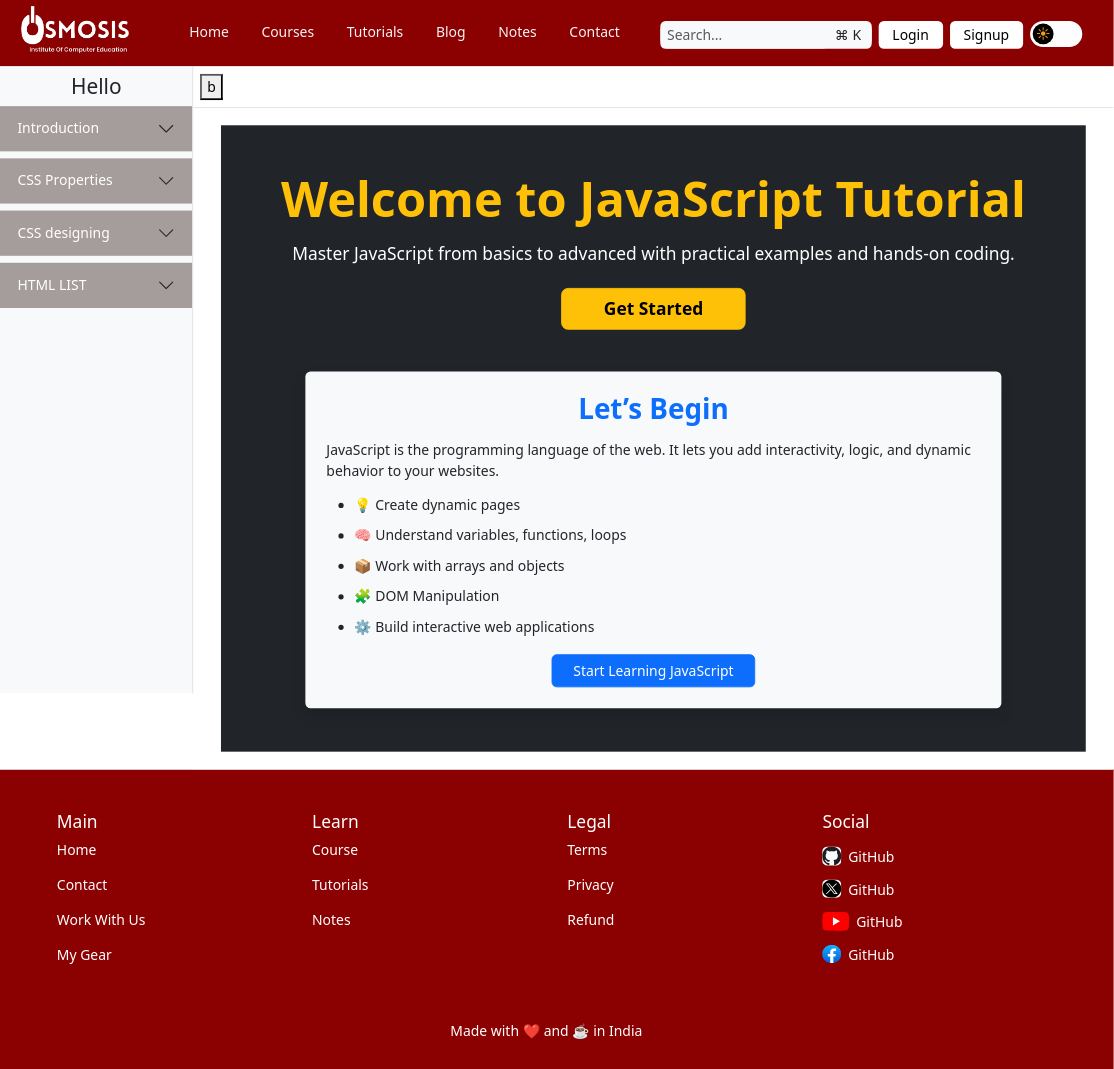
Repository: samriidhpandey/osmosis
Page: /js
These files come from the project's save history. The page is drawn as it stood at one moment and after a run of saves; the edit follows.
The browser window is 1280 px wide. The pictures show the whole page, at 87% of full size.
The project was rebuilt for these pictures with package versions that can differ from the ones it lists, and the page was loaded fresh each time. Also part of the build but not shown: vite.config.js, src/Section2.jsx, src/Section3.jsx, src/Section4.jsx, src/Section5.jsx, src/Hero.jsx, src/Component2/Courses.jsx, src/component3/Tutorial.jsx and 90 more. Imported but missing from the stored project, and not drawn on this page: src/Images/final-app-on-mobile.mp4, src/Images/final-app-on-pc.mp4, src/Images/open-terminals.mp4, src/Images/python-location.mp4.

Above is the page before, as saved 2025-07-12 19:20:46.

### index.html
<!doctype html>
<html lang="en">
  <head>
    <meta charset="UTF-8" />
    <link rel="icon" type="image/svg+xml" href="/vite.svg" />
    <meta name="viewport" content="width=device-width, initial-scale=1.0" />
    <title>Vite + React</title>
    <link href="https://cdn.jsdelivr.net/npm/bootstrap@5.0.2/dist/css/bootstrap.min.css" rel="stylesheet" integrity="sha384-EVSTQN3/azprG1Anm3QDgpJLIm9Nao0Yz1ztcQTwFspd3yD65VohhpuuCOmLASjC" crossorigin="anonymous">
    <link rel="stylesheet" href="https://cdnjs.cloudflare.com/ajax/libs/font-awesome/6.7.2/css/all.min.css" integrity="sha512-Evv84Mr4kqVGRNSgIGL/F/aIDqQb7xQ2vcrdIwxfjThSH8CSR7PBEakCr51Ck+w+/U6swU2Im1vVX0SVk9ABhg==" crossorigin="anonymous" referrerpolicy="no-referrer" />
    <link href="https://cdn.jsdelivr.net/npm/bootstrap@5.3.0/dist/css/bootstrap.min.css" rel="stylesheet" />
<link href="https://cdn.jsdelivr.net/npm/bootstrap-icons/font/bootstrap-icons.css" rel="stylesheet" />

  </head>
  <body>
    <div id="root"></div>
    <script type="module" src="/src/main.jsx"></script>
    <script src="https://cdn.jsdelivr.net/npm/bootstrap@5.0.2/dist/js/bootstrap.bundle.min.js" integrity="sha384-MrcW6ZMFYlzcLA8Nl+NtUVF0sA7MsXsP1UyJoMp4YLEuNSfAP+JcXn/tWtIaxVXM" crossorigin="anonymous"></script>
  </body>
</html>

### src/Footer.jsx
import React from 'react'
import get from './image/github.svg'
import get1 from './image/X.svg'
import get2 from './image/youtube.svg'
import get3 from './image/facebook.svg'

function Footer({isDark}) {
  const footer = {
    backgroundColor: isDark ? '#111827':'darkred',
    color: isDark ? 'white':'white',
  };
  return (
    <>
    <div className="container-fluid">
      <div className="row border-top" style={footer}>
        <div className="col-12 col-sm-12 col-md-12 col-lg-12 col-xl-11 col-xxl-10 m-auto ">
          <div className="row">
            <div className="col-6 col-sm-6 col-md-3 col-lg-3 col-xl-3 col-xxl-3 mt-5 fot-menu">
              <h5>Main</h5>
              <p>Home</p>
              <p>Contact</p>
              <p>Work With Us</p>
              <p>My Gear</p>
            </div>

            <div className="col-6 col-sm-6 col-md-3 col-lg-3 col-xl-3 col-xxl-3 mt-5">
              <h5>Learn</h5>
              <p>Course</p>
              <p>Tutorials</p>
              <p>Notes</p>

            </div>

            <div className="col-6 col-sm-6 col-md-3 col-lg-3 col-xl-3 col-xxl-3 mt-5">
              <h5>Legal</h5>
              <p>Terms</p>
              <p>Privacy</p>
              <p>Refund</p>

            </div>

            <div className="col-6 col-sm-6 col-md-3 col-lg-3 col-xl-3 col-xxl-3 mt-5">
              <h5>Social</h5>
              <div className="social d-flex p-0 mt-3"> <img src={get} className='img-fluid me-2 bg-light rounded' alt="" /> <p>GitHub</p></div>
              <div className="social d-flex p-0 mt-3"> <img src={get1} className='img-fluid me-2 bg-light rounded' alt="" /> <p>GitHub</p></div>
              <div className="social d-flex p-0 mt-3"> <img src={get2} className='img-fluid me-2' alt="" /> <p>GitHub</p></div>
              <div className="social d-flex p-0 mt-3"> <img src={get3} className='img-fluid me-2' alt="" /> <p>GitHub</p></div>

            </div>
          </div>
        </div>

        <div className="row">
          <div className="col-12 mb-3 mt-5">
            <p className='text-center'>Made with ❤️ and ☕ in India</p>
          </div>
        </div>
      </div>
    </div>
    </>
  )
}

export default Footer

### src/Tutorial-js/Introduction/Jswell.jsx
import React from 'react'

function Jswell() {
  return (
    <>
    <div className="min-vh-100 d-flex flex-column justify-content-center align-items-center bg-dark text-white px-3">
      <div className="text-center">
        <h1 className="display-4 fw-bold mb-3 text-warning">Welcome to JavaScript Tutorial</h1>
        <p className="lead mb-4">
          Master JavaScript from basics to advanced with practical examples and hands-on coding.
        </p>
        <a href="#get-started" className="btn btn-warning btn-lg px-5 fw-bold">Get Started</a>
      </div>

      {/* Get Started Section */}
      <section id="get-started" className="mt-5 w-100">
        <div className="bg-light text-dark rounded p-4 shadow mx-auto" style={{ maxWidth: '800px' }}>
          <h2 className="fw-bold mb-3 text-center text-primary">Let’s Begin</h2>
          <p>JavaScript is the programming language of the web. It lets you add interactivity, logic, and dynamic behavior to your websites.</p>
          <ul>
            <li>💡 Create dynamic pages</li>
            <li>🧠 Understand variables, functions, loops</li>
            <li>📦 Work with arrays and objects</li>
            <li>🧩 DOM Manipulation</li>
            <li>⚙️ Build interactive web applications</li>
          </ul>
          <div className="text-center mt-4">
            <a href="/js/intro" className="btn btn-primary px-4">Start Learning JavaScript</a>
          </div>
        </div>
      </section>
    </div>
    </>
  )
}

export default Jswell

Loaded but not shown: src/main.jsx (common file); src/App.jsx (405 lines, source omitted); src/App.css (1039 lines, source omitted); src/Tutorial-js/Homejs.jsx (503 lines, source omitted); src/index.css (no stored copy; drawn as an empty file)

After the next 2 saves:
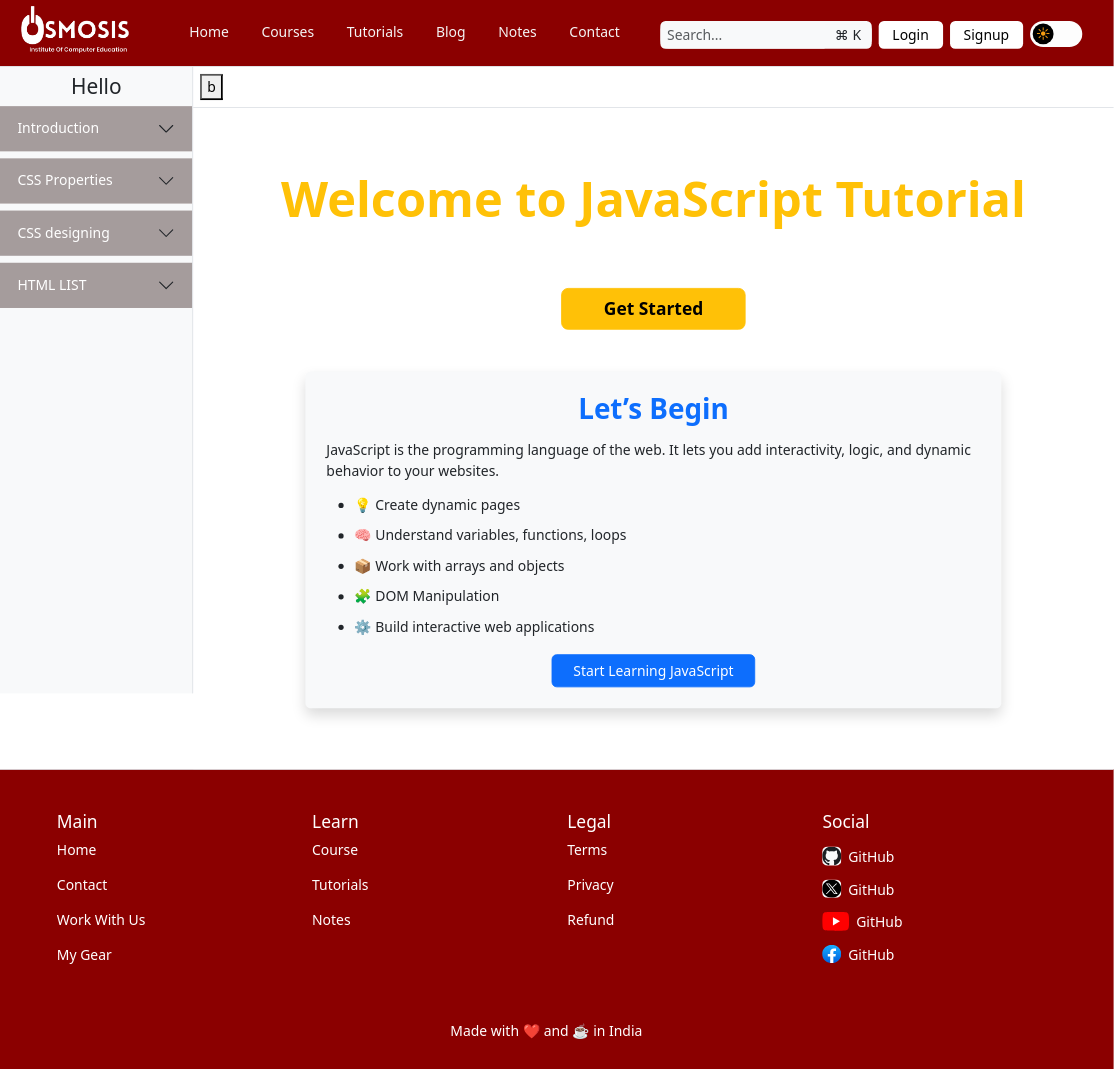
The 2 saves are shown as one change because they came seconds apart.
The last was saved 31 s later.
--- a/src/Tutorial-js/Introduction/Jswell.jsx
+++ b/src/Tutorial-js/Introduction/Jswell.jsx
@@ -3,7 +3,7 @@
 function Jswell() {
   return (
     <>
-    <div className="min-vh-100 d-flex flex-column justify-content-center align-items-center bg-dark text-white px-3">
+    <div className="min-vh-100 d-flex flex-column justify-content-center align-items-center light text-white px-3">
       <div className="text-center">
         <h1 className="display-4 fw-bold mb-3 text-warning">Welcome to JavaScript Tutorial</h1>
         <p className="lead mb-4">

After the save that followed:
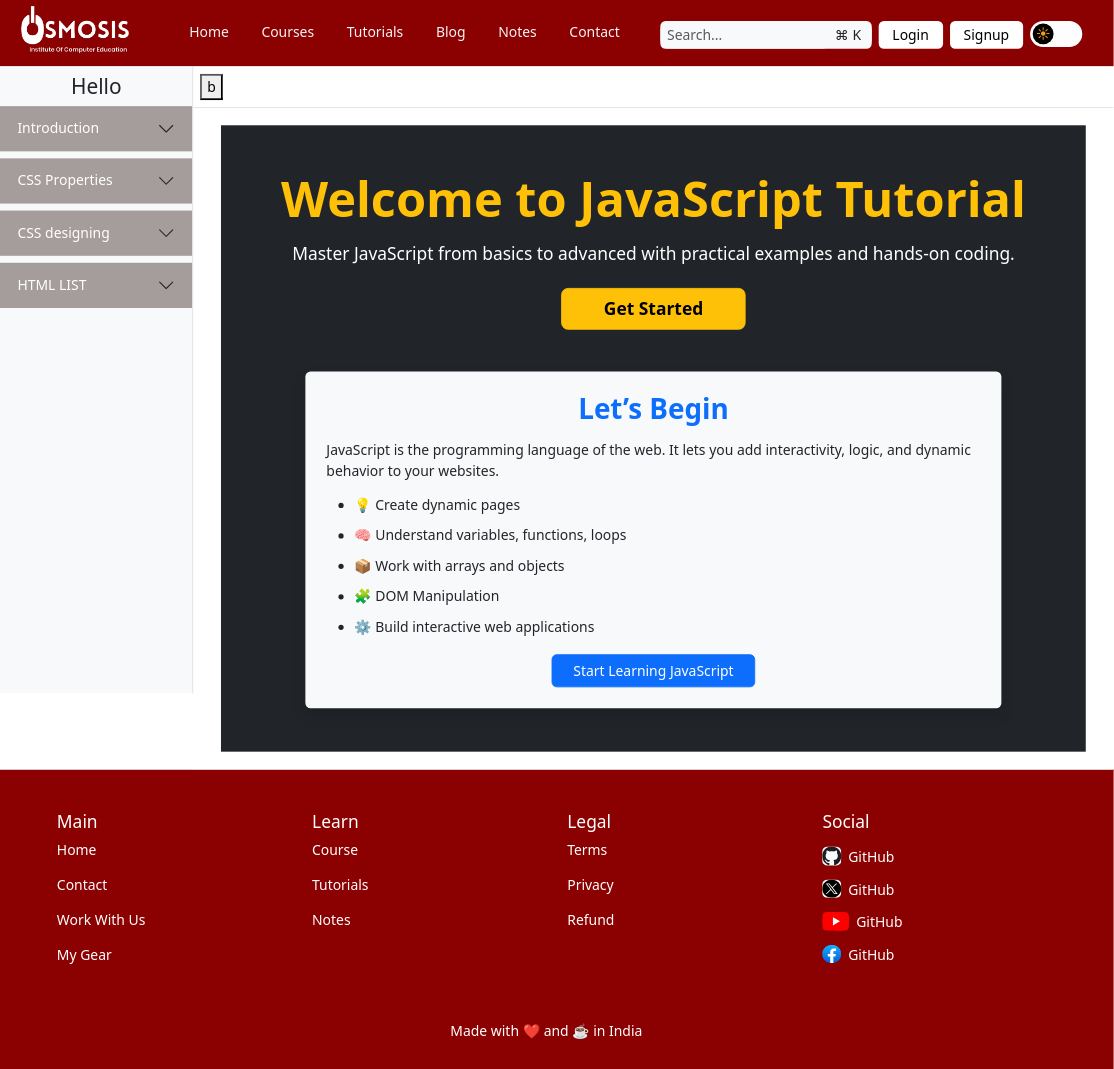
Saved 9 s later.
--- a/src/Tutorial-js/Introduction/Jswell.jsx
+++ b/src/Tutorial-js/Introduction/Jswell.jsx
@@ -3,7 +3,7 @@
 function Jswell() {
   return (
     <>
-    <div className="min-vh-100 d-flex flex-column justify-content-center align-items-center light text-white px-3">
+    <div className="min-vh-100 d-flex flex-column justify-content-center align-items-center bg-dark text-white px-3">
       <div className="text-center">
         <h1 className="display-4 fw-bold mb-3 text-warning">Welcome to JavaScript Tutorial</h1>
         <p className="lead mb-4">
